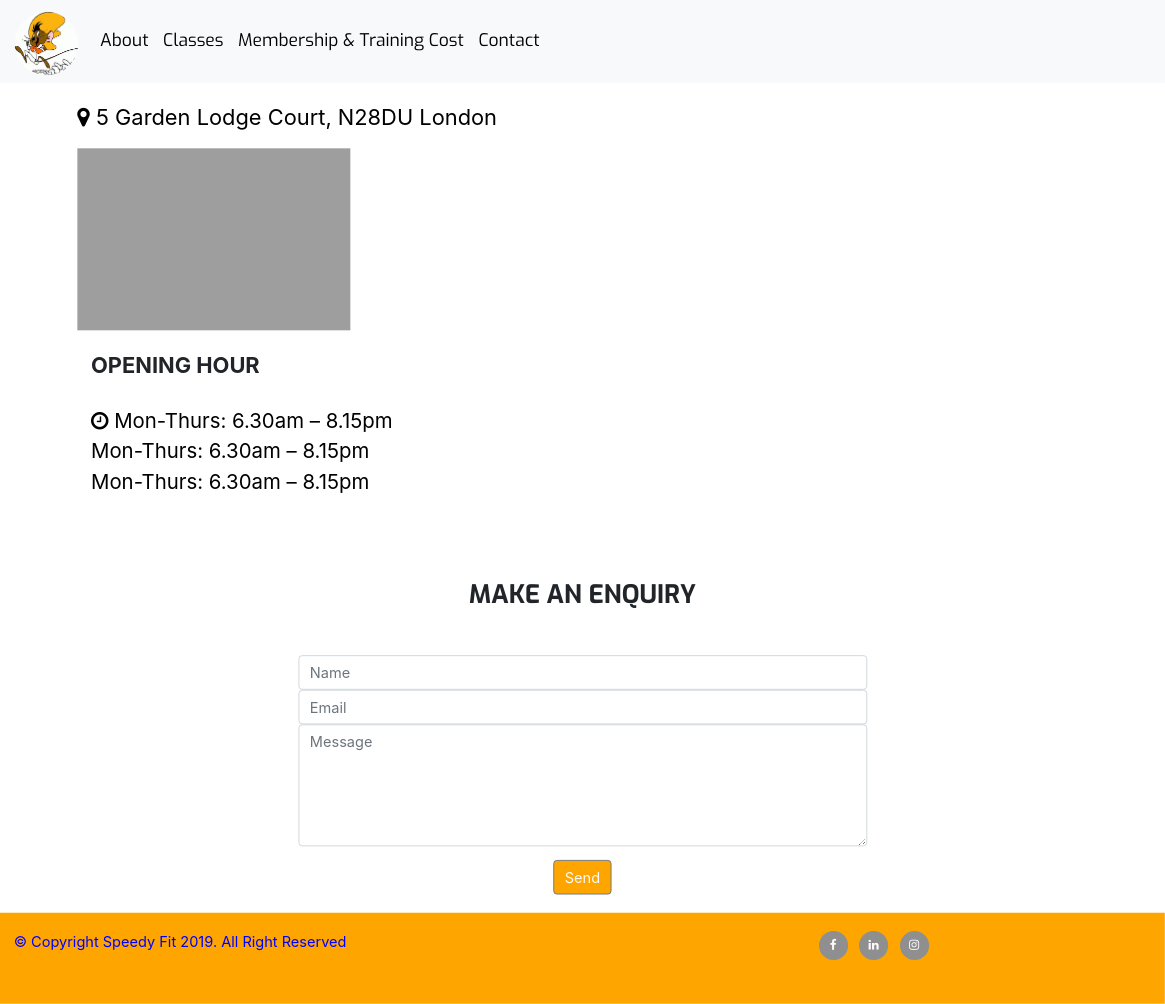
Repository: marcomoreschi/Milestrone-project
Page: membership&trainingcost.html
The author's editor kept a record of every edit. The page is drawn from the files as they stood at one moment, then again after the next edit.
The browser window is 1280 px wide. The pictures show the whole page, at 91% of full size.
Pictures or frames that could not be fetched are drawn as grey boxes. Some web libraries are served in a nearby version.

Above is the page before.

### membership&trainingcost.html
<!DOCTYPE html>
<html lang="en">

<head>
    <meta charset="UTF-8">
    <meta name="viewport" content="width=device-width, initial-scale=1.0">
    <meta http-equiv="X-UA-Compatible" content="ie=edge">
    <link rel="stylesheet" href="https://maxcdn.bootstrapcdn.com/bootstrap/4.2.1/css/bootstrap.min.css" type="text/css" />
    <link rel="stylesheet" href="https://maxcdn.bootstrapcdn.com/font-awesome/4.7.0/css/font-awesome.min.css" type="text/css" />
    <link rel="stylesheet" href="https://cdnjs.cloudflare.com/ajax/libs/hover.css/2.1.1/css/hover-min.css" type="text/css" />
    <link rel="stylesheet" href="assets/css/style.css">
    <title>Speedy Fit</title>
</head>

<body>

    <header>

        <nav class="navbar navbar-expand-lg navbar-light bg-light">
            <a class="navbar-brand" href="index.html">
      <img src="assets/images/logo.jpg"></img>
        </a>
            <button class="navbar-toggler" type="button" data-toggle="collapse" data-target="#navbarNavDropdown" aria-controls="navbarNavDropdown" aria-expanded="false" aria-label="Toggle navigation">
    <span class="navbar-toggler-icon"></span>
  </button>
            <div class="collapse navbar-collapse" id="navbarNavDropdown">
                <ul class="navbar-nav">
                    <li class="nav-item active">
                        <a class="nav-link" href="index.html">About<span class="sr-only">(current)</span></a>
                    </li>
                    <li class="nav-item">
                        <a class="nav-link" href="classes.html">Classes</a>
                    </li>
                    <li class="nav-item">
                        <a class="nav-link" href="membership&trainingcost.html">Membership & Training Cost</a>
                    </li>
                    <li class="nav-item">
                        <a class="nav-link" href="contact.html">Contact</a>
                    </li>
                </ul>
            </div>
        </nav>

    </header>

    <section class="container location-gym">
        <div class="row">
            <div class="col-sm-6">
        <p> <i class="fa fa-map-marker" aria-hidden="true"></i> 5 Garden Lodge Court, N28DU London</p>

<!-- Link Google Maps -->
<div class="mapouter"><div class="gmap_canvas"><iframe width="300" height="200" id="gmap_canvas" src="https://maps.google.com/maps?q=east%20finchley&t=&z=13&ie=UTF8&iwloc=&output=embed" frameborder="0" scrolling="no" marginheight="0" marginwidth="0"></iframe><a href="https://www.embedgooglemap.net/blog/torguard-promo-code/"></a></div>
<style>.mapouter{ position:relative; text-align:right;height:200px;width:300px;}
.gmap_canvas {overflow:hidden;background:none!important;height:200px;width:300px;}</style></div>
</div>
    </div>
    <div class="container-fluid opening-hour">
        <div class="row">
            <div class="col-sm-6">
        <h4>opening hour</h4>
        <p><i class="fa fa-clock-o" aria-hidden="true"></i> Mon-Thurs: 6.30am – 8.15pm <br>Mon-Thurs: 6.30am – 8.15pm <br> Mon-Thurs: 6.30am – 8.15pm</p>
        </div>
        </div>
        </div>
    </section>

    <section class="container-fluid">
        <div class="row bg-color-contact">
            <div class="col">
                <h3 class="contact-heading">Make an enquiry</h3>

                <div class="center-form">
                    <form>
                        <input type="text" name="name" id="fullname" class="form-control" placeholder="Name" required />
                        <input type="email" name="email" id="fullname" class="form-control" placeholder="Email" required />
                        <textarea rows="5" type="email" name="message" id="message" class="form-control" placeholder="Message" required></textarea>
                        <div class="form-row text-center">
                            <div class="col">
                                <button type="submit" class="btn btn-secondary">Send</button>
                            </div>
                        </div>
                    </form>
                </div>
            </div>
    </section>

    <footer class="container-fluid ">
        <div id="footer-details " class="row ">
            <div class="col-sm-6 ">
                <p class="copyright">&#169; Copyright Speedy Fit 2019. All Right Reserved</p>
            </div>
            <div class="col-sm-6 ">
                <ul class="list-inline social-links ">
                    <li class="list-inline-item ">
                        <a target="_blank " href="# ">
                            <i class="fa fa-facebook " aria-hidden="true "></i>
                            <span class="sr-only ">Facebook</span>
                        </a>
                    </li>
                    <li class="list-inline-item ">
                        <a target="_blank " href="#">
                            <i class="fa fa-linkedin " aria-hidden="true "></i>
                            <span class="sr-only ">LinkedIn</span>
                        </a>
                    </li>
                    <li class="list-inline-item ">
                        <a target="_blank " href="# ">
                            <i class="fa fa-instagram " aria-hidden="true "></i>
                            <span class="sr-only ">Instagram</span>
                        </a>
                    </li>
                </ul>
            </div>
        </div>
        </div>
        </div>
    </footer>


    <!-- Bootstraps Link -->
<script src="https://code.jquery.com/jquery-3.3.1.slim.min.js" integrity="sha384-q8i/X+965DzO0rT7abK41JStQIAqVgRVzpbzo5smXKp4YfRvH+8abtTE1Pi6jizo" crossorigin="anonymous"></script>
<script src="https://cdnjs.cloudflare.com/ajax/libs/popper.js/1.14.6/umd/popper.min.js" integrity="sha384-wHAiFfRlMFy6i5SRaxvfOCifBUQy1xHdJ/yoi7FRNXMRBu5WHdZYu1hA6ZOblgut" crossorigin="anonymous"></script>
<script src="https://stackpath.bootstrapcdn.com/bootstrap/4.2.1/js/bootstrap.min.js" integrity="sha384-B0UglyR+jN6CkvvICOB2joaf5I4l3gm9GU6Hc1og6Ls7i6U/mkkaduKaBhlAXv9k" crossorigin="anonymous"></script>

</body>

</html>

### assets/css/style.css
@import url('https://fonts.googleapis.com/css?family=Roboto:100,200,300,400,500,600,700|Exo:100,200,300,400,500,600,700');


/* -----------------------------------------Heading */

.navbar {
    margin-bottom: 0;
    border: 0;
    background-color: black;
    text-align: center;
}

.navbar-brand {
    height: 75px;
}

.navbar-brand img {
    width: 70px;
    height: 70px;
    border-radius: 50%;
}

.nav-item a {
    font-size: 1.2em;
    font-family: 'Exo', sans-serif;
    color: black !important;
}

.navbar ul li a:hover {
    color: #ffa500 !important;
    transition: all 0.35s ease-in-out;
    -moz-transition: all 0.35s ease-in-out;
    -webkit-transition: all 0.35s ease-in-out;
    -o-transition: all 0.35s ease-in-out;
}

/* -----------------------------------------About */

.rope {
    width: 100%;
    height: 600px;
}

.container h2 {
    text-align: center;
    padding-top: 30px;
    color: #000;
    text-transform: uppercase;
}

.container p {
    text-align: center;
    padding-bottom: 50px;
    color: #000;
    font-size: 1.5em;
}
/* -----------------------------------------Contact Form */

.opening-hour p {
    text-align: left;
    font-size: 1.4em;
}

.opening-hour h4 {
    text-transform: uppercase;
    font-weight: bold;
    padding-top: 25px;
}

.mapouter {
    margin-top: -50px;
}

.location-gym p {
    text-align: left;
    padding-top: 20px;
}

.container-fluid h3 {
    text-transform: uppercase;
    font-weight: bold;
    text-align: center;
}
.contact-heading {
    font-family: "Exo", sans-serif;
    font-weight: 300;
    margin-top: 25px;
    margin-bottom: 20px;
}

.center-form {
    padding-top: 20px;
    margin: 0 auto;
    max-width: 70%;
}

button[type="submit"] {
    margin-top: 15px;
    margin-bottom: 20px;
    color: #fafafa;
    background-color: #ffa500;
}

/* create media queries so it look good on mobilephone */
@media(min-width: 992px) {
    .center-form {
        padding-top: 30px;
        min-height: 240px;
        margin: 0 auto;
        max-width: 50%;
    }
}

.hours-details {
    padding-top: 30px;
}

/* -----------------------------------------Footer */

footer {
    background-color: #ffa500;
    color: #fafafa;
    min-height: 100px;
    margin: 0;
}

.social-links {
    padding-top: 20px;
    text-align: center;
}

.social-links li a i {
    width: 32px;
    height: 32px;
    padding: 12px 0;
    border-radius: 50%;
    font-size: 13px;
    line-height: 7px;
    text-align: center;
    color: #fafafa;
    background: #8f8f8f;
    transition: all 0.35s ease-in-out;
    -moz-transition: all 0.35s ease-in-out;
    -webkit-transition: all 0.35s ease-in-out;
    -o-transition: all 0.35s ease-in-out;
}

.social-links li a i:hover {
    background: #e84610;
}

.copyright {
    color: blue;
    padding-top: 20px;
}

After the next edit:
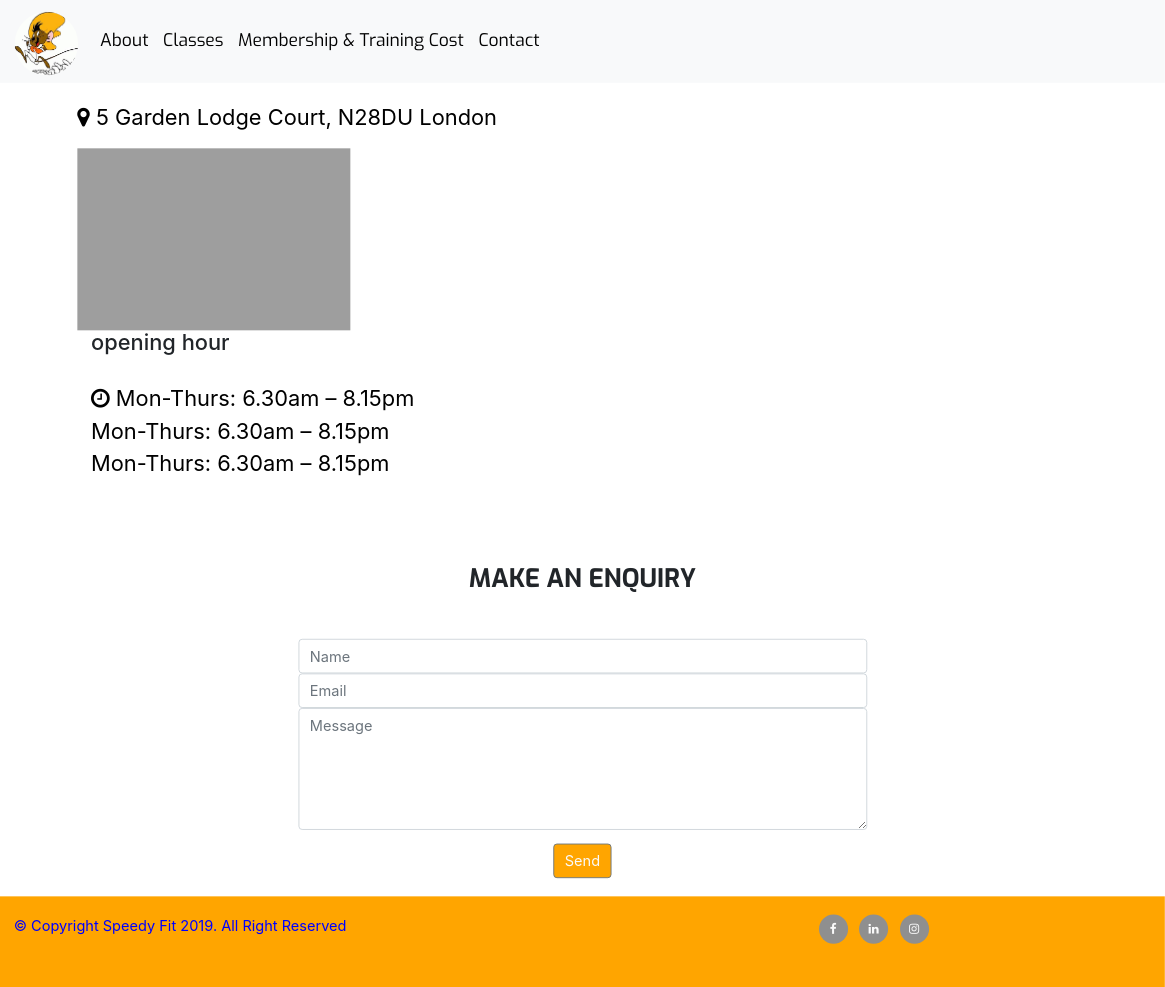
The edit:
--- a/membership&trainingcost.html
+++ b/membership&trainingcost.html
@@ -54,8 +54,6 @@
 .gmap_canvas {overflow:hidden;background:none!important;height:200px;width:300px;}</style></div>
 </div>
     </div>
-    <div class="container-fluid opening-hour">
-        <div class="row">
             <div class="col-sm-6">
         <h4>opening hour</h4>
         <p><i class="fa fa-clock-o" aria-hidden="true"></i> Mon-Thurs: 6.30am – 8.15pm <br>Mon-Thurs: 6.30am – 8.15pm <br> Mon-Thurs: 6.30am – 8.15pm</p>
